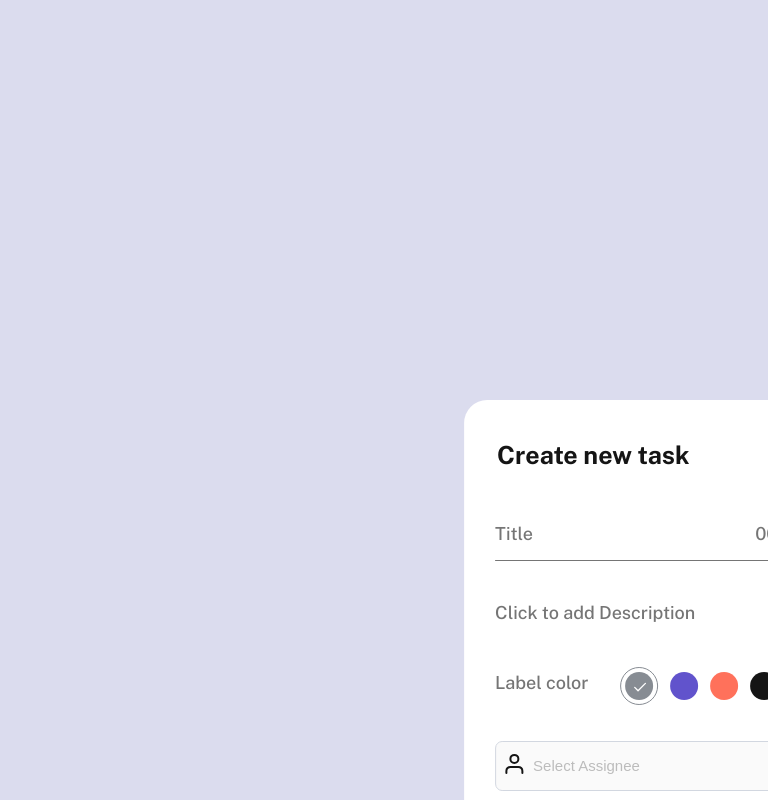
Repository: MorgunovaAlexandra/verstka-form
Page: index.html
These files come from the project's save history. The page is drawn as it stood at one moment and after the next save; the edit follows.
The browser window is 768 px wide. The pictures show the whole page.
The style sheet was rebuilt from its Sass, Less or Tailwind sources for each picture, by a compiler version that may differ from the author's.

Above is the page before, as saved 2022-06-24 17:14:30.

### index.html
<!DOCTYPE html>
<html lang="ru">
<head>
    <meta charset="UTF-8">
    <meta http-equiv="X-UA-Compatible" content="IE=edge">
    <meta name="viewport" content="width=device-width, initial-scale=1.0">
    <link rel="stylesheet" href="./css/style.css">
    <title>Document</title>
</head>
<body>
    <div class="wrapper">
       <form class="form">

           <div class="fieldset">
            <legend><b>Create new task</b></legend>
            <div class="form__container __container">
            <div class="text-field">
                <input class="text-field__input" type="text" name="firstname" id="firstname" value=""
                >
                <label class="text-field__label" for="username">Title</label>
                <label class="text-field__label2" for="username">00/100</label>
              </div>
              <div class="form-field__text">Click to add Description</div>
              <div class="form-fied__color field-color">
                  <div class="field-color__text">Label color</div>
                  <div class="field-color__color circle">
                      <div class="circle__border">
                          <div class="circle__color grey">
                              <img class="circle__img" src="./img/done.svg">
                          </div>
                      </div>
                      <div class="circle__color purple"></div>
                      <div class="circle__color red"></div>
                      <div class="circle__color black"></div>
                      <div class="circle__color yellow"></div>
                  </div>
              </div>
              <div class="form-field__select">
                  <div class="select__arrow">
                    <select name="select-category" id="" class="select">
                        <option value="1">Select Assignee</option>
                        <option value="2">Select Assignee</option>
                        <option value="3">Select Assignee</option>
                      </select>
                  </div>
              </div>
              <div class="form-field__date">
                  <div class="data-form">
                    <input class="input" type="date"></input>
                  </div>
                  <div class="data-form">
                    <input class="input" type="date"></input>
                  </div>
              </div>
              <div class="form-field__sibmit submit">
                  <input class="submit__click" type="submit" value="Click">
                  <input class="submit__click save-blue" type="submit" value="Save">
              </div>

              <!-- <div class="form-field__date">
                <div class="form-group">
                    <div class="input-group" id="datetimepicker2">
                      <input type="text" class="form-control" />

                    </div>
                  </div>
              </div> -->
              </div>
           </div>
        </form>
    </div>

    <script src="./script.js"></script>
</body>
</html>

### script.js
 document.getElementById ('firstname').onkeydown=keyDown

function keyDown(){
    let str=document.getElementById ('firstname').value;

    console.log(str.length)
    document.querySelector('.text-field__label2').innerHTML=`${str.length}/100`
}

### scss/style.scss
@import "variables";
@import "mixins";
@import url('https://fonts.googleapis.com/css2?family=Public+Sans:wght@500;700&display=swap');
@import url('https://fonts.googleapis.com/css2?family=Work+Sans:wght@600&display=swap');
body {
   background-color: $ColorBody;
   font-family:$fontFamily ;
   font-weight: $fontWaight;
   line-height: $lineHeight;
   font-size: $fontSize;
   color:$ColorGrey;
}
.__container{
    padding-left: 31px;
    padding-right: 31px;
}
.form{
    width: 495.55px;
    height: 613.21px;
    background-color: white;
    border-radius: 23px;
     box-sizing: border-box;
    position: fixed; top: 50%; left: 50%;
    -webkit-transform: translate(-50%, -50%);
    -ms-transform: translate(-50%, -50%);
    transform: translate(-50%, -50%);
}
legend{
    margin-top: 40px;
    margin-left: 31px;
    font-weight: 700;
    font-size: 25px;
    color:$ColorBlack;
}
.text-field{
    position: relative;
    display: flex;
    justify-content: center;
    margin-top: 46px;
    margin-bottom: 36px;

}
.text-field__input{
    width: 100%;
    height: 40px;
    border: none;
    border-bottom: 1px solid $ColorGrey ;
    padding-left: 60px;
    color:#566789;
    font-size: 18px;
 }

.text-field__input:focus + .text-field__label{
  top:-23px;
}
.text-field__label{
   position: absolute;
   left: 0px;


}
.text-field__label2{
    position: absolute;
    right: 20px;
}
.form-field__text{
    margin-bottom: 38px;
}
.form-fied__color{
    display: flex;
    justify-content: flex-start;
    margin-bottom: 36px;
}
.field-color__text{
margin-right: 32px;
}
.field-color__color{
    display: flex;
   align-items: center;
}

.circle__border{
    position: relative;
    width: 36px;
    height: 36px;
    border-radius: 50%;
    border: 1px solid #878C93;
}
.grey{
    position: absolute;
    width: 28px;
    height: 28px;
    top:4px;
    left: 4px;
    border-color: #878C93;
    border-radius: 50%;
    z-index: 30;

    background-color:
    #878C93;
}
.circle__img{
    position: absolute;
    top:10px;
    left: 8px;
}
.circle__color{
    width: 28px;
    height: 28px;
    border-radius: 50%;
    margin-right:12px ;
}
.purple{
    background-color: #6153CC;
    margin-left: 12px;
}
.red{
    background-color:#FF715B;
}
.black{
    background-color:$ColorBlack;
}
.yellow{
    background-color:#FFB627;
    margin-right:0px ;
}
.select{
    appearance: none;
    border: 1px solid #566789;
    opacity: 26%;
    width: 100%;
    height: 50px;
    border-radius: 7px;
    cursor: pointer;
    padding-left: 37px;
    padding-top: 15px;
    padding-bottom: 16px;
    padding-right: 35px;
    font-size: 15px;

}
.select__arrow{
    position: relative;
}
.select__arrow::after{
content: "";
position: absolute;
top:50%;
right: 15px;
transform: translateY(-50%);
display: block;
width: 12px;
height: 6px;

pointer-events: none;

width: 0;
height: 0;
border-style: solid;
border-width: 6px 6px 0 6px;
border-color: #000000 transparent transparent transparent;
border-style: inset;
-webkit-transform:rotate(360deg);


}
.select__arrow::before{
content: "";
position: absolute;
top:20%;
left: 7px;
background: no-repeat url("../img/user.svg");
width: 34px;
height: 30px;
display: block;
z-index: 44;

}
.data-form{
    margin-top: 36px;
    margin-bottom: 36px;
    position: relative;
    width: 100%;
}
.form-field__date{
    display: flex;
    justify-content: space-between;

}
.data-form::before{
    content: "";
    position: absolute;
    top:20%;
    left: 7px;
    background: no-repeat url("../img/calendar.svg");
    width: 34px;
    height: 30px;
    display: block;
    z-index: 44;

}
.input{
    box-sizing: border-box;
    width: 96%;
    height: 50px;
    border: 1px solid #566789;
    opacity: 26%;
    border-radius: 7.86px;
    padding-left:37px ;
}

.input::-webkit-calendar-picker-indicator{
        display: none;
    }

.input[type="date"]::-webkit-input-placeholder{
        visibility: hidden !important;
    }



.submit__click{
   color:$colorBlackGray;
    opacity: 50%;
    font-weight: 600;
    font-size: 18px;
    font-family: 'Work Sans', sans-serif;
    background-color: #F5F7FB;
    }

.form-field__sibmit{
    display: flex;
    justify-content: space-around;
}
.submit__click{
    width: 40%;
    height: 55px;
    border-radius: 10px;
    border: none

}
.save-blue{
    background-color: #5F65F6;
    opacity: 100%;
    color:white;
}



/* media for 768*/
@media(max-width:768px){
    .form{
    width: 400.55px;
    height: 600.21px;
    transform: translate(20%, 0%);
    }
}

### scss/variables.scss
$bgColor: green;
$fontFamily:'Public Sans', sans-serif;
$fontWaight:500;
$fontSize:18px;
$lineHeight:31.86px;
$ColorBody:#DBDCEE;
$ColorBlack:#151515;
$ColorGrey:#757575;
$colorBlackGray: #151920

### scss/mixins.scss
@mixin vov($color) {
    font-size: 30px;
    background-color:$color ;
}

After the next save:
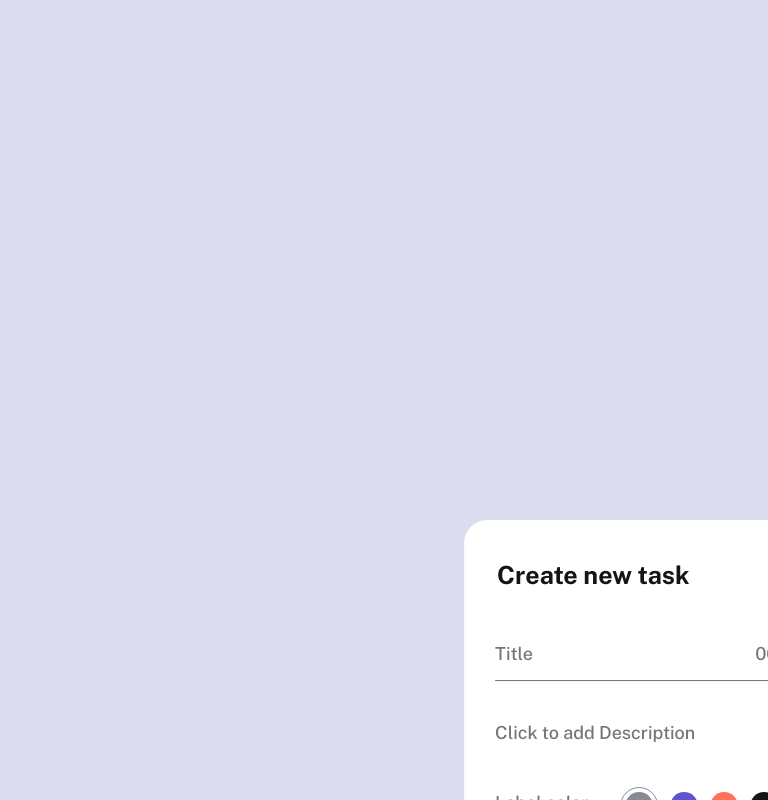
Saved 6 s later.
--- a/scss/style.scss
+++ b/scss/style.scss
@@ -252,6 +252,6 @@ z-index: 44;
     .form{
     width: 400.55px;
     height: 600.21px;
-    transform: translate(20%, 0%);
-    }
-}
+    transform: translate(20%, 20%);
+    }
+}
